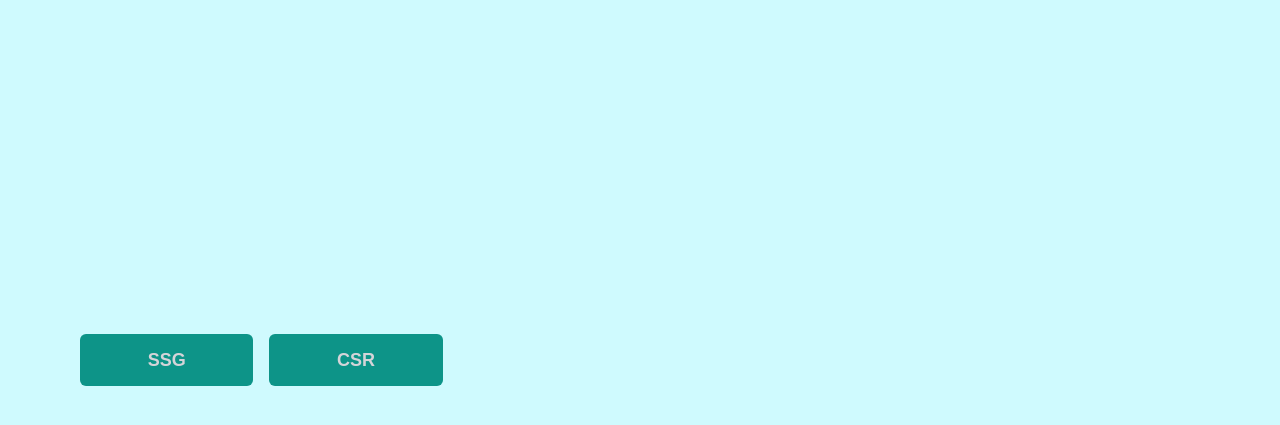
Repository: Marcus20119/Study_nextjs
Page: /
These files come from the project's save history. The page is drawn as it stood at one moment and after the next save; the edit follows.
The browser window is 1280 px wide. The pictures show the whole page.
The project was rebuilt for these pictures with package versions that can differ from the ones it lists, and the page was loaded fresh each time. The framework's server and built-in components were replaced by stand-ins that run in the browser. Also part of the build but not shown: next.config.js.

Above is the page before, as saved 2023-04-06 11:47:12.

After the next save:
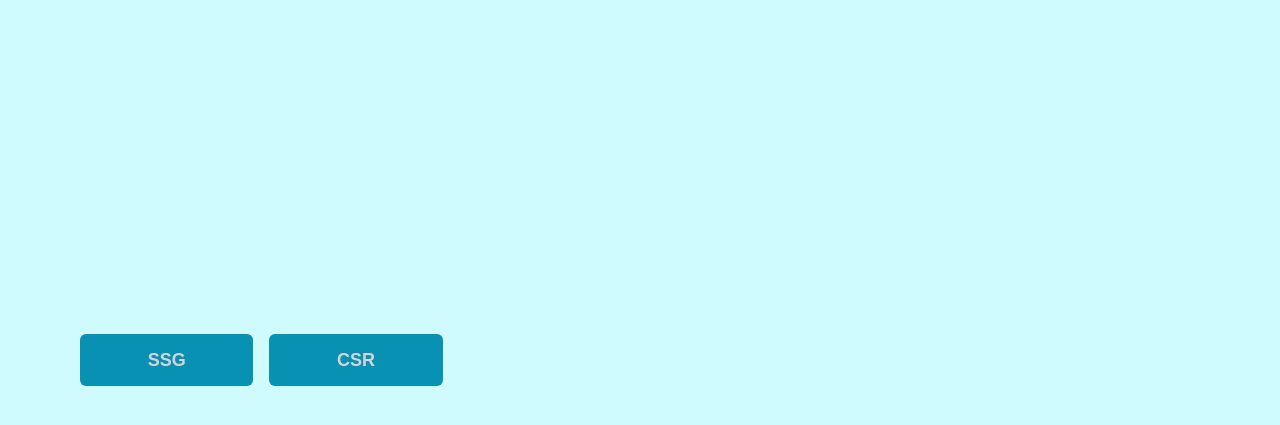
Saved 8 s later.
--- a/pages/index.tsx
+++ b/pages/index.tsx
@@ -34,7 +34,7 @@ export default function Home() {
           {tabsData.map(tab => (
             <button
               key={tab.path}
-              className="flex justify-center items-center bg-teal-600 py-3 rounded-md text-zinc-300 text-lg font-bold"
+              className="flex justify-center items-center bg-cyan-600 py-3 rounded-md text-zinc-300 text-lg font-bold"
             >
               <Link href={tab.path}>{tab.name}</Link>
             </button>
